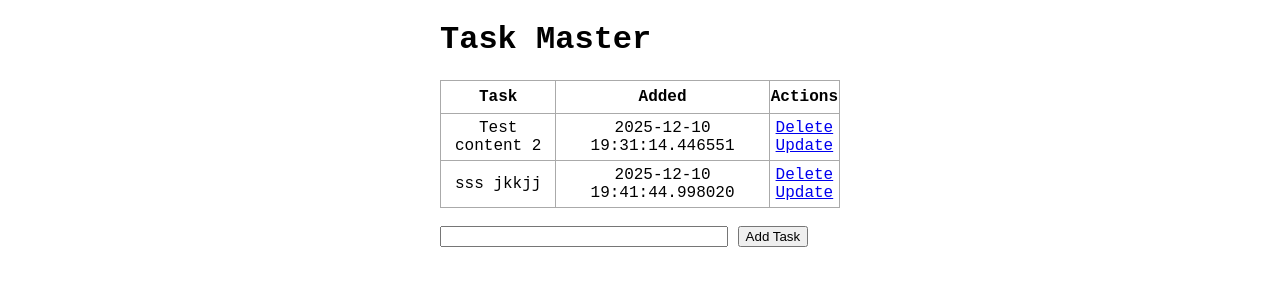
Repository: Mbote-Joseph/Python-Data-Structures
Page: http://localhost/
The author's editor kept a copy of each file at every save. The page is drawn from the files as they stood at one save, then again after the next save.
The browser window is 1280 px wide. The pictures show the whole page.
The page is served by the project's application, run on Flask 3 (app.py). The page reads the database file committed with the project. Queries for data that is not in the repository find no rows.

Above is the page before, as saved 2025-12-10 22:27:34.

After the next save:
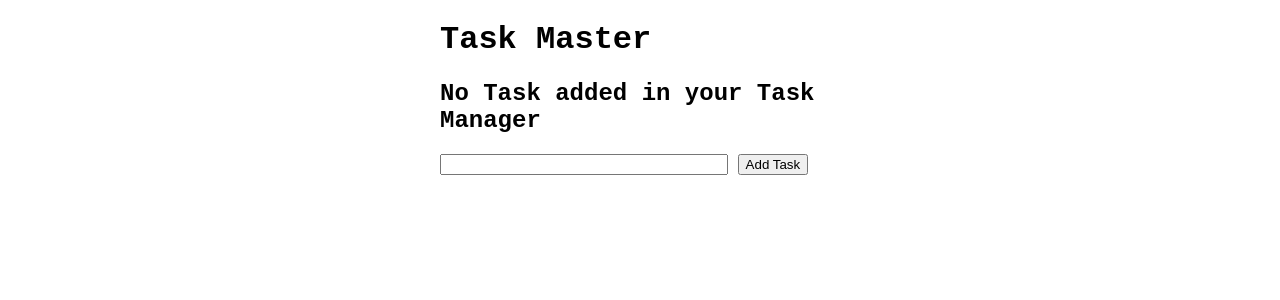
Saved 2 min 52 s later.
--- a/Flask/taskmanager/app.py
+++ b/Flask/taskmanager/app.py
@@ -3,7 +3,7 @@
 from datetime import datetime
 
 app = Flask(__name__)
-app.config['SQLALCHEMY_DATABASE_URI'] = 'sqlite:///tasks.db'
+app.config['SQLALCHEMY_DATABASE_URI'] = 'sqlite:///test.db'
 app.config['SQLALCHEMY_TRACK_MODIFICATIONS'] = False
 
 db = SQLAlchemy(app)

After the save that followed:
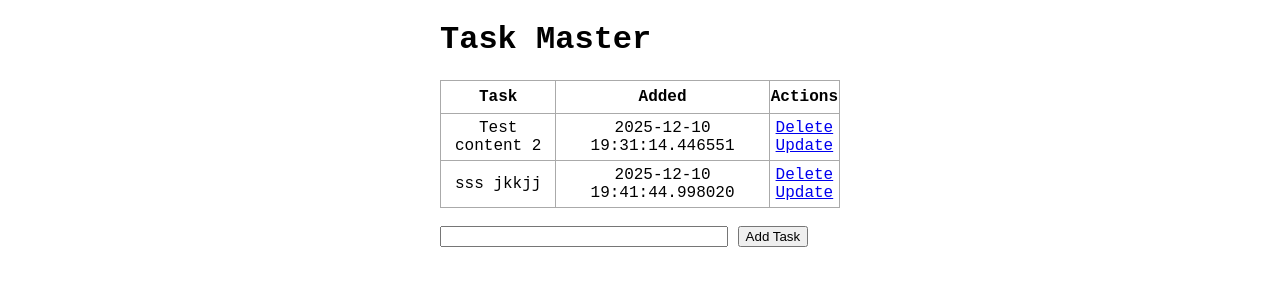
Saved 28 s later.
--- a/Flask/taskmanager/app.py
+++ b/Flask/taskmanager/app.py
@@ -3,7 +3,7 @@
 from datetime import datetime
 
 app = Flask(__name__)
-app.config['SQLALCHEMY_DATABASE_URI'] = 'sqlite:///test.db'
+app.config['SQLALCHEMY_DATABASE_URI'] = 'sqlite:///tasks.db'
 app.config['SQLALCHEMY_TRACK_MODIFICATIONS'] = False
 
 db = SQLAlchemy(app)
